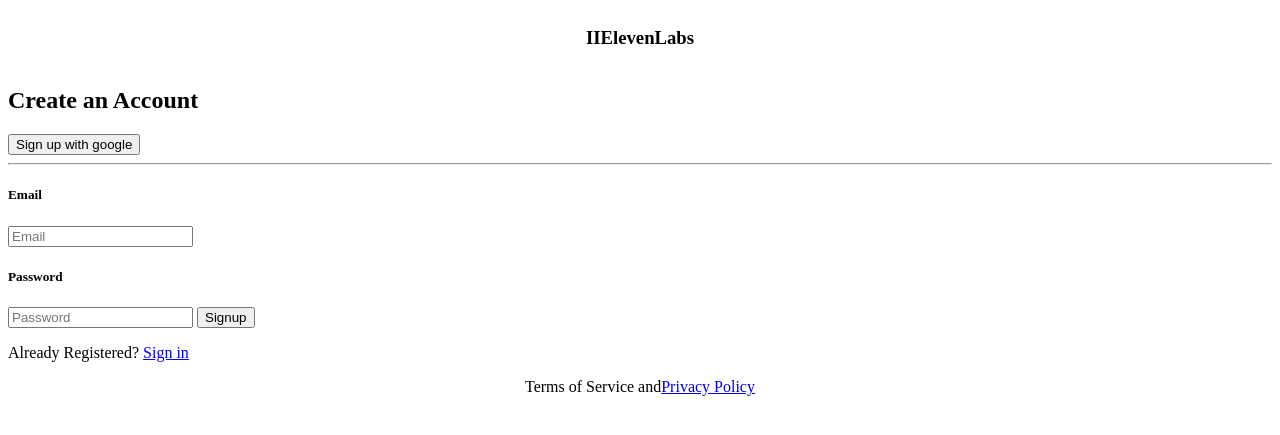
Repository: RohanSai22/harkirat-cohort-learnings
Page: Web/w1_a.html
These files come from the project's save history. The page is drawn as it stood at one moment and after the next save; the edit follows.
The browser window is 1280 px wide. The pictures show the whole page.

Above is the page before, as saved 2026-03-24 10:06:00.

After the next save:
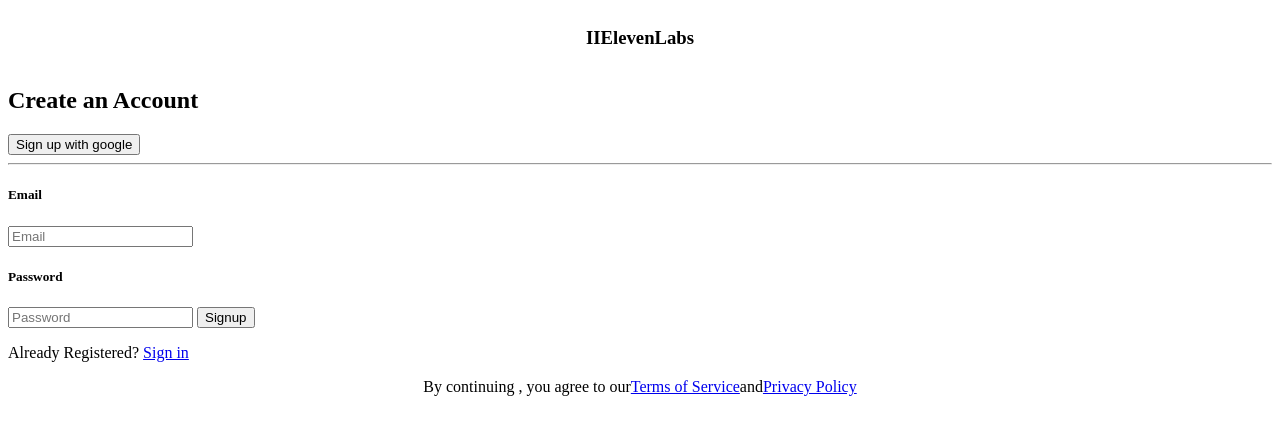
Saved 4 s later.
--- a/Web/w1_a.html
+++ b/Web/w1_a.html
@@ -21,7 +21,7 @@
                     <a href="https://www.gmail.com">Sign in</a>
                 </p>
             </div>
-            <div style="display:flex; justify-content: center;>
+            <div style="display:flex; justify-content: center;">
                 By continuing , you agree to our <a href="https://www.google.com/terms-and-conditions">Terms of Service</a> and <a href="https://www.google.com/privacy-policy">Privacy Policy</a>
             </div>
         </div>
